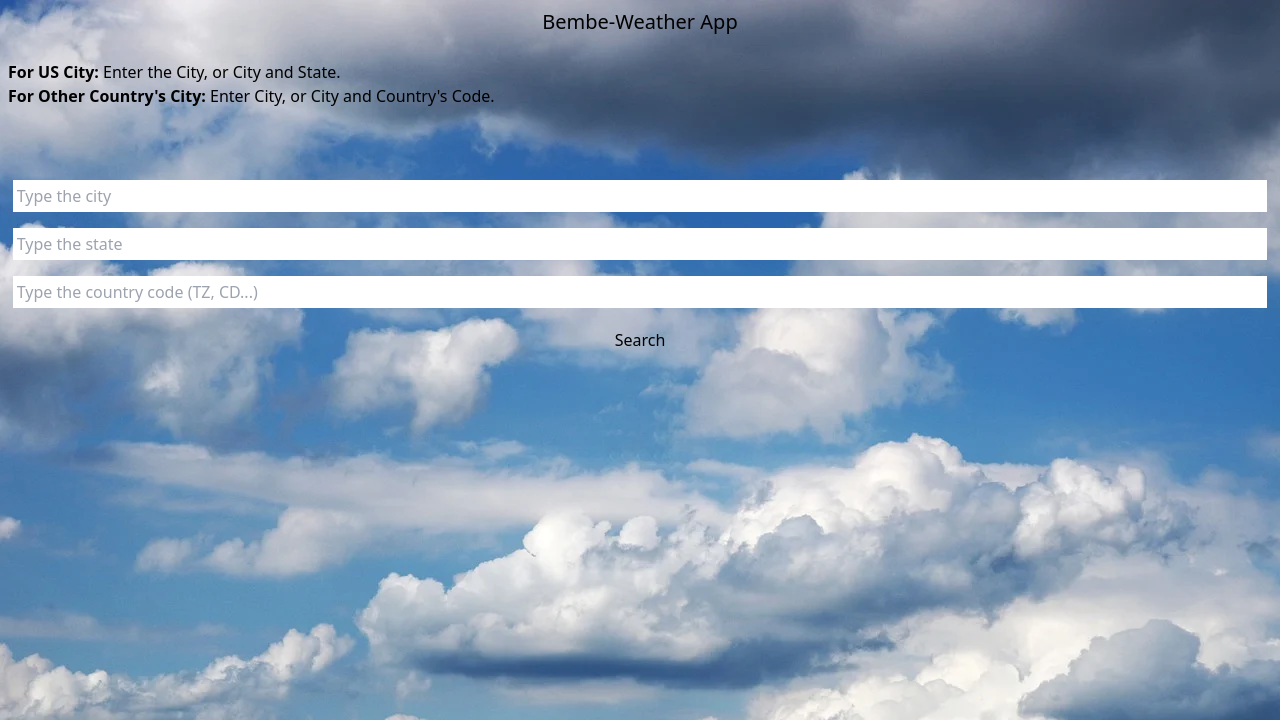
Repository: ShindanoSingi/bembe-weather
Page: /
These files come from the project's save history. The page is drawn as it stood at one moment and after the next save; the edit follows.
The browser window is 1280 px wide. The pictures show the whole page.
The page's requests for data from a server got no answer. The project was rebuilt for these pictures with package versions that can differ from the ones it lists, and the page was loaded fresh each time. No one was signed in, and anything a server would have sent is missing.

Above is the page before, as saved 2022-09-14 03:19:53.

### public/index.html
<!DOCTYPE html>
<html lang="en">

<head>
  <meta charset="utf-8" />
  <link rel="icon" href="%PUBLIC_URL%/favicon.ico" />
  <meta name="viewport" content="width=device-width, initial-scale=1" />
  <meta name="theme-color" content="#000000" />
  <meta name="description" content="Web site created using create-react-app" />
  <link rel="apple-touch-icon" href="%PUBLIC_URL%/logo192.png" />
  <!--
      manifest.json provides metadata used when your web app is installed on a
      user's mobile device or desktop. See https://developers.google.com/web/fundamentals/web-app-manifest/
    -->
  <link rel="manifest" href="%PUBLIC_URL%/manifest.json" />
  <!--
      Notice the use of %PUBLIC_URL% in the tags above.
      It will be replaced with the URL of the `public` folder during the build.
      Only files inside the `public` folder can be referenced from the HTML.

      Unlike "/favicon.ico" or "favicon.ico", "%PUBLIC_URL%/favicon.ico" will
      work correctly both with client-side routing and a non-root public URL.
      Learn how to configure a non-root public URL by running `npm run build`.
    -->
  <title>React Weather</title>
</head>

<body>
  <noscript>You need to enable JavaScript to run this app.</noscript>
  <div id="root"></div>
  <!--
      This HTML file is a template.
      If you open it directly in the browser, you will see an empty page.

      You can add webfonts, meta tags, or analytics to this file.
      The build step will place the bundled scripts into the <body> tag.

      To begin the development, run `npm start` or `yarn start`.
      To create a production bundle, use `npm run build` or `yarn build`.
    -->
</body>

</html>

### src/components/weatherPage.js
import React from "react"

const WeatherPage = ({ city, state, country, weatherData }) => {
  console.log("this is weather")
  console.log(weatherData)

  let weekDays = weatherData.daily

  console.log("this is weekDays")
  console.log(weekDays)

  let todayObject = new Date()
  // eslint-disable-next-line
  // Today
  // eslint-disable-next-line
  let today1 = todayObject.toString().substring(0, 3)

  // Tomorrow
  // eslint-disable-next-line
  let today0 = new Date(
    todayObject.setDate(todayObject.getDate() + 1)
  ).toUTCString()
  today0 = today0.toString().substring(0, 3)

  // Tomorrow
  // eslint-disable-next-line
  let today2 = new Date(
    todayObject.setDate(todayObject.getDate() + 1)
  ).toUTCString()
  today2 = today2.toString().substring(0, 3)

  // The day after tomorrow
  // eslint-disable-next-line
  let today3 = new Date(
    todayObject.setDate(todayObject.getDate() + 1)
  ).toUTCString()
  today3 = today3.toString().substring(0, 3)

  // The following day
  // eslint-disable-next-line
  let today4 = new Date(
    todayObject.setDate(todayObject.getDate() + 1)
  ).toUTCString()
  today4 = today4.toString().substring(0, 3)

  // The last day
  // eslint-disable-next-line
  let today5 = new Date(
    todayObject.setDate(todayObject.getDate() + 1)
  ).toUTCString()
  today5 = today5.toString().substring(0, 3)

  // The last day
  // eslint-disable-next-line
  let today6 = new Date(
    todayObject.setDate(todayObject.getDate() + 1)
  ).toUTCString()
  today6 = today6.toString().substring(0, 3)

  // The last day
  // eslint-disable-next-line
  let today7 = new Date(
    todayObject.setDate(todayObject.getDate() + 1)
  ).toUTCString()
  today7 = today7.toString().substring(0, 3)

  return weatherData.length < 1 ? (
    <div>
      <h1 className="py-2 text-xl text-center">Bembe-Weather App</h1>

      <div className="px-2 w-[98vw] mt-4 message items-center">
        <strong>For US City: </strong><span>Enter the City, or City and State.</span><br></br>
        <strong>For Other Country's City: </strong><span>Enter City, or City and Country's Code.</span>
      </div>
      <br></br>
      <br />
      <br />
    </div>
  ) : (
    <div className="bodyContainer">
      {/* Display the city */}
      <div className="cityStateCountry">
        {" "}
        {city}, {state}, {country}{" "}
      </div>

      <div className="weatherContainer">
        {weekDays.map((day, index) => {
          // Source https://www.youtube.com/watch?v=nGVoHEZojiQ
          const dayAndDate = new Date(day.dt * 1000).toUTCString()
          console.log(dayAndDate)

          // Retrieve specific information from the day.
          const dayName = dayAndDate.substring(0, 3)
          const month = new Date(day.dt * 1000).getMonth() + 1
          const dayDate = dayAndDate.substring(5, 7)
          const year = dayAndDate.substring(12, 16)

          // Temperature conversion from Kelvin degrees to Fahrenheit degrees
          // Min temp
          let minTempF = parseInt(day.temp.min)

          // Max temp
          let maxTempF = parseInt(day.temp.max)

          //Current temperature
          let currentTempF = parseInt(weatherData.current.temp)

          // return one day/today
          if (index === 0 && index !== 7) {
            console.log(index)
            return (
              <div key={index} className="today1">
                <p className="single1">{dayName}</p>
                <p className="date1">
                  {month}/{dayDate}/{year}
                </p>

                <img
                  className="icon1"
                  src={`http://openweathermap.org/img/wn/${day.weather[0].icon}@2x.png`}
                  alt=""
                />

                <p className="currentTemp">
                  {currentTempF}
                  <span>&#176;</span>
                </p>

                <div className="temp1">
                  <p className="maxTemp1">
                    {maxTempF}
                    <span>&#176;</span>
                  </p>
                  <p className="minTemp1">
                    {minTempF}
                    <span>&#176;</span>
                  </p>
                </div>
              </div>
            )
          } else if (index === 1) {
            return (
              <div key={index} className="today2">
                <p className="singleDayH1">{dayName}</p>
                <p className="date">
                  {month}/{dayDate}/{year}
                </p>

                <img
                  className="icon"
                  src={`http://openweathermap.org/img/wn/${day.weather[0].icon}@2x.png`}
                  alt=""
                />

                <div className="temp">
                  <p className="maxTemp">
                    {maxTempF}
                    <span>&#176;</span>
                  </p>
                  <p className="minTemp">
                    {minTempF}
                    <span>&#176;</span>
                  </p>
                </div>
              </div>
            )
          } else if (index === 2) {
            return (
              <div key={index} className="today3">
                <p className="singleDayH1">{dayName}</p>
                <p className="date">
                  {month}/{dayDate}/{year}
                </p>

                <img
                  className="icon"
                  src={`http://openweathermap.org/img/wn/${day.weather[0].icon}@2x.png`}
                  alt=""
                />

                <div className="temp">
                  <p className="maxTemp">
                    {maxTempF}
                    <span>&#176;</span>
                  </p>
                  <p className="minTemp">
                    {minTempF}
                    <span>&#176;</span>
                  </p>
                </div>
              </div>
            )
          } else if (index === 3) {
            return (
              <div key={index} className="today4">
                <p className="singleDayH1">{dayName}</p>
                <p className="date">
                  {month}/{dayDate}/{year}
                </p>

                <img
                  className="icon"
                  src={`http://openweathermap.org/img/wn/${day.weather[0].icon}@2x.png`}
                  alt=""
                />

                <div className="temp">
                  <p className="maxTemp">
                    {maxTempF}
                    <span>&#176;</span>
                  </p>
                  <p className="minTemp">
                    {minTempF}
                    <span>&#176;</span>
                  </p>
                </div>
              </div>
            )
          } else if (index === 4) {
            return (
              <div key={index} className="today5">
                <p className="singleDayH1">{dayName}</p>
                <p className="date">
                  {month}/{dayDate}/{year}
                </p>

                <img
                  className="icon"
                  src={`http://openweathermap.org/img/wn/${day.weather[0].icon}@2x.png`}
                  alt=""
                />

                <div className="temp">
                  <p className="maxTemp">
                    {maxTempF}
                    <span>&#176;</span>
                  </p>
                  <p className="minTemp">
                    {minTempF}
                    <span>&#176;</span>
                  </p>
                </div>
              </div>
            )
          }
        }
        )
        }
      </div>
    </div>
  )
}

export default WeatherPage

Loaded but not shown: src/index.js (common file); src/index.css (common file); tailwind.config.js (common file); src/App.js (116 lines, source omitted); src/components/SearchForm.js (61 lines, source omitted); src/App.css (1402 lines, source omitted)

After the next save:
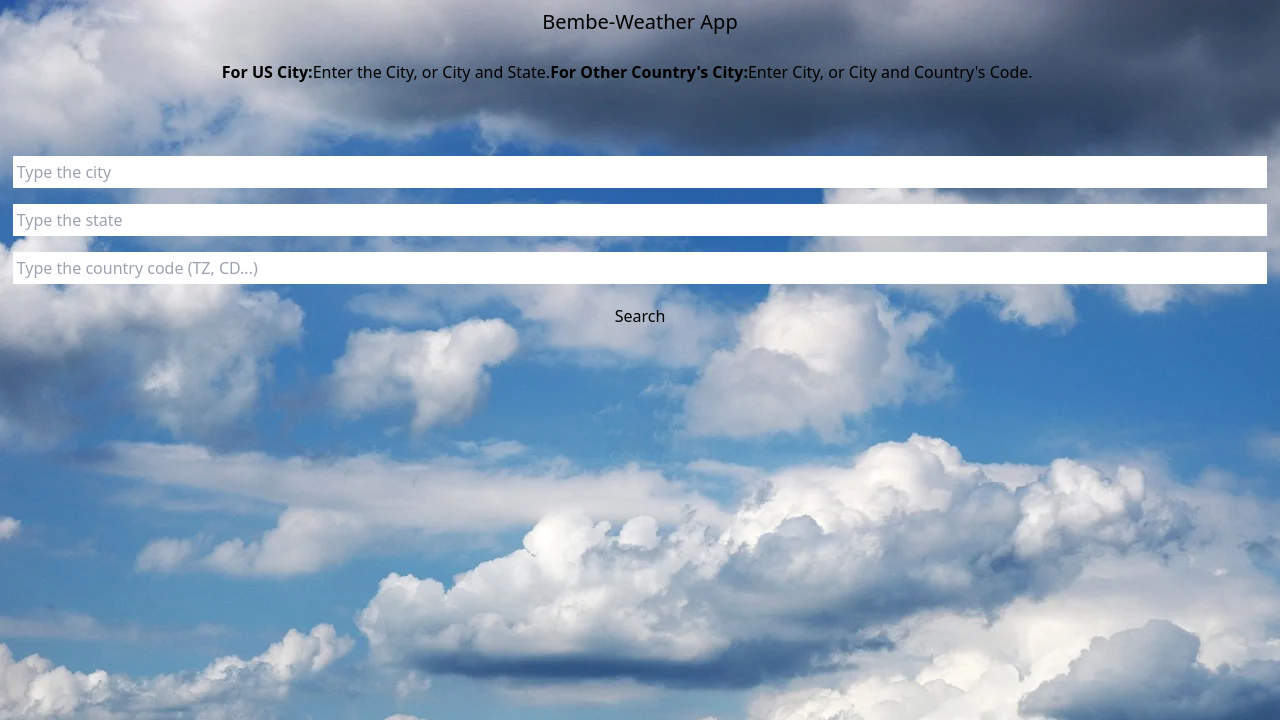
Saved 34 s later.
--- a/src/components/weatherPage.js
+++ b/src/components/weatherPage.js
@@ -68,7 +68,7 @@
     <div>
       <h1 className="py-2 text-xl text-center">Bembe-Weather App</h1>
 
-      <div className="px-2 w-[98vw] mt-4 message items-center">
+      <div className="px-2 flex w-[98vw] mt-4 message place-content-center">
         <strong>For US City: </strong><span>Enter the City, or City and State.</span><br></br>
         <strong>For Other Country's City: </strong><span>Enter City, or City and Country's Code.</span>
       </div>

After the save that followed:
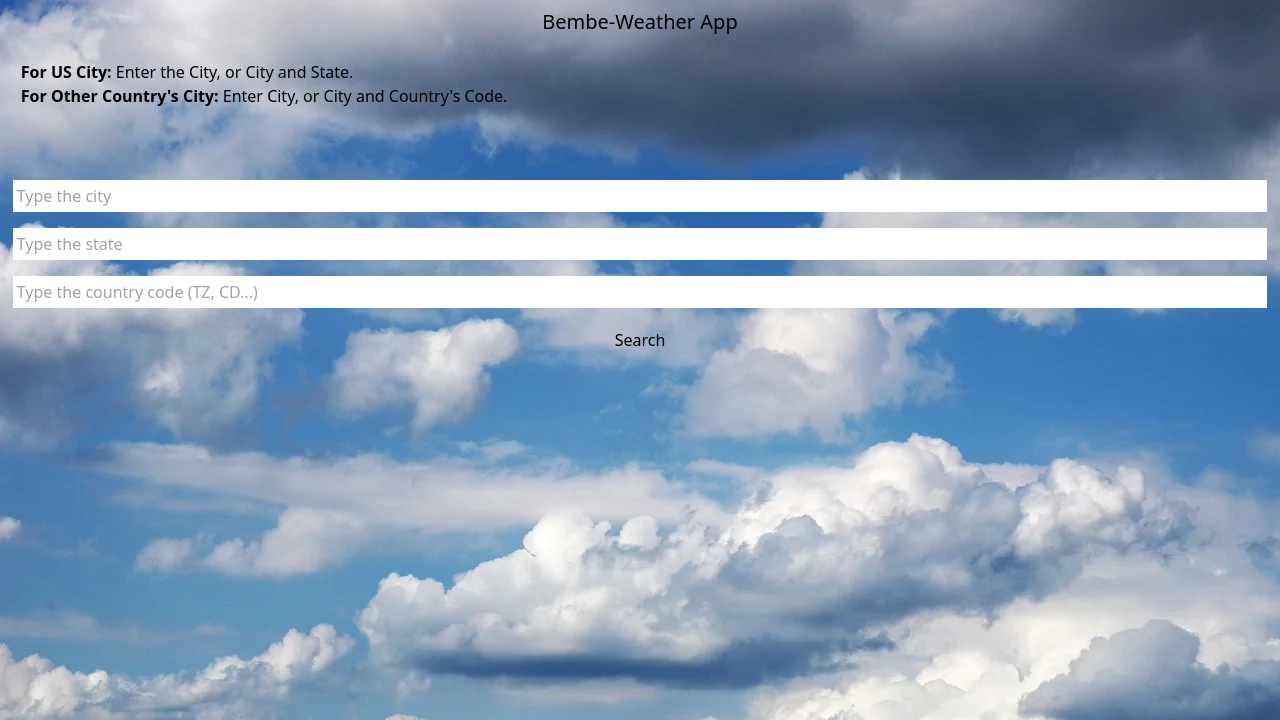
Saved 19 s later.
--- a/src/components/weatherPage.js
+++ b/src/components/weatherPage.js
@@ -68,7 +68,7 @@
     <div>
       <h1 className="py-2 text-xl text-center">Bembe-Weather App</h1>
 
-      <div className="px-2 flex w-[98vw] mt-4 message place-content-center">
+      <div className="px-2 w-[98vw] mt-4 message place-self-center">
         <strong>For US City: </strong><span>Enter the City, or City and State.</span><br></br>
         <strong>For Other Country's City: </strong><span>Enter City, or City and Country's Code.</span>
       </div>
